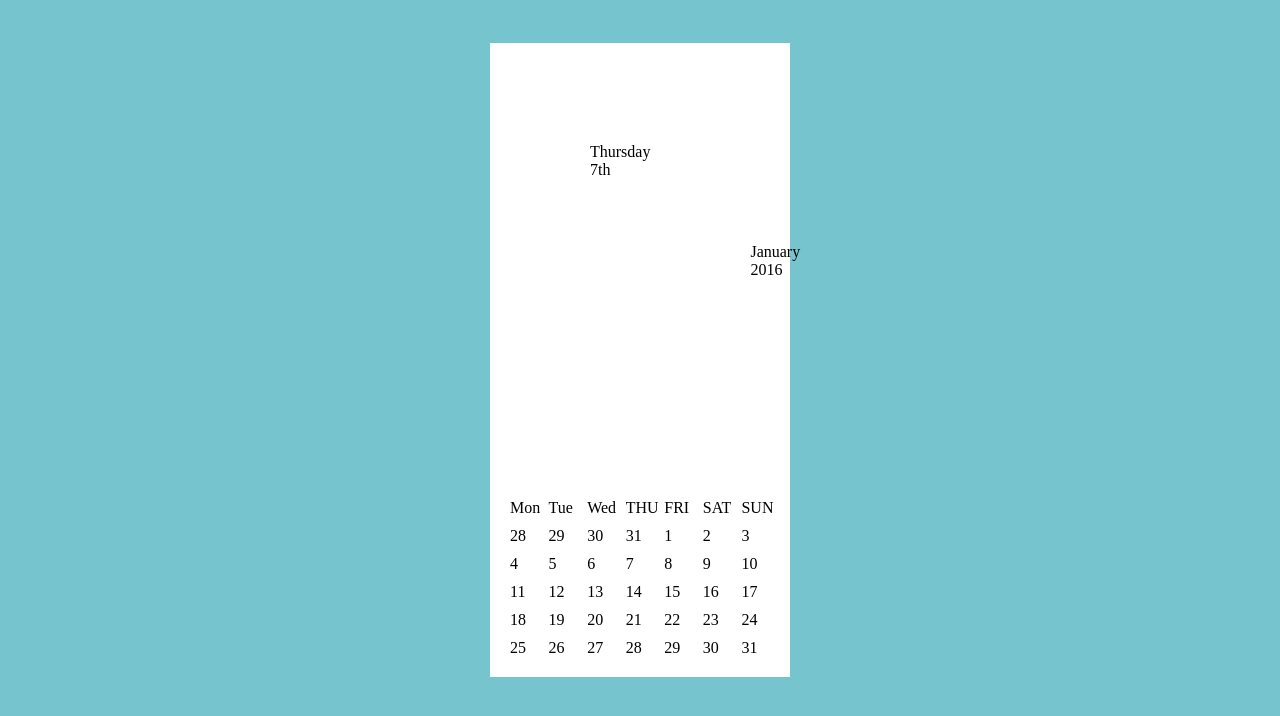
Repository: KYUUBI-K/HTML
Page: За 1 курс/Лаб 4/calendar.html
These files come from the project's save history. The page is drawn as it stood at one moment and after the next save; the edit follows.
The browser window is 1280 px wide. The pictures show the whole page.

Above is the page before, as saved 2021-03-30 13:27:07.

After the next save:
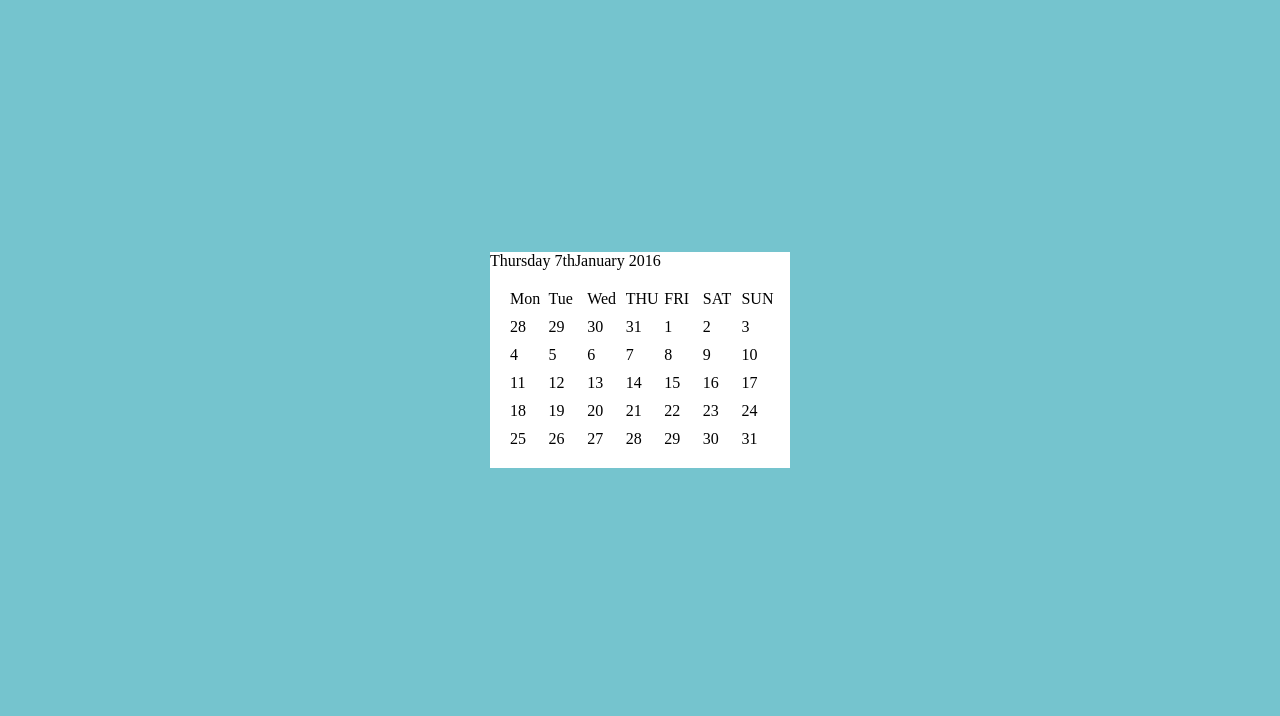
Saved 7 s later.
--- a/За 1 курс/Лаб 4/for_calend.css
+++ b/За 1 курс/Лаб 4/for_calend.css
@@ -22,5 +22,5 @@ body{
 }
 .today{
     display: flex;
-    margin: 100px;
+    margin: 0px;
 }
